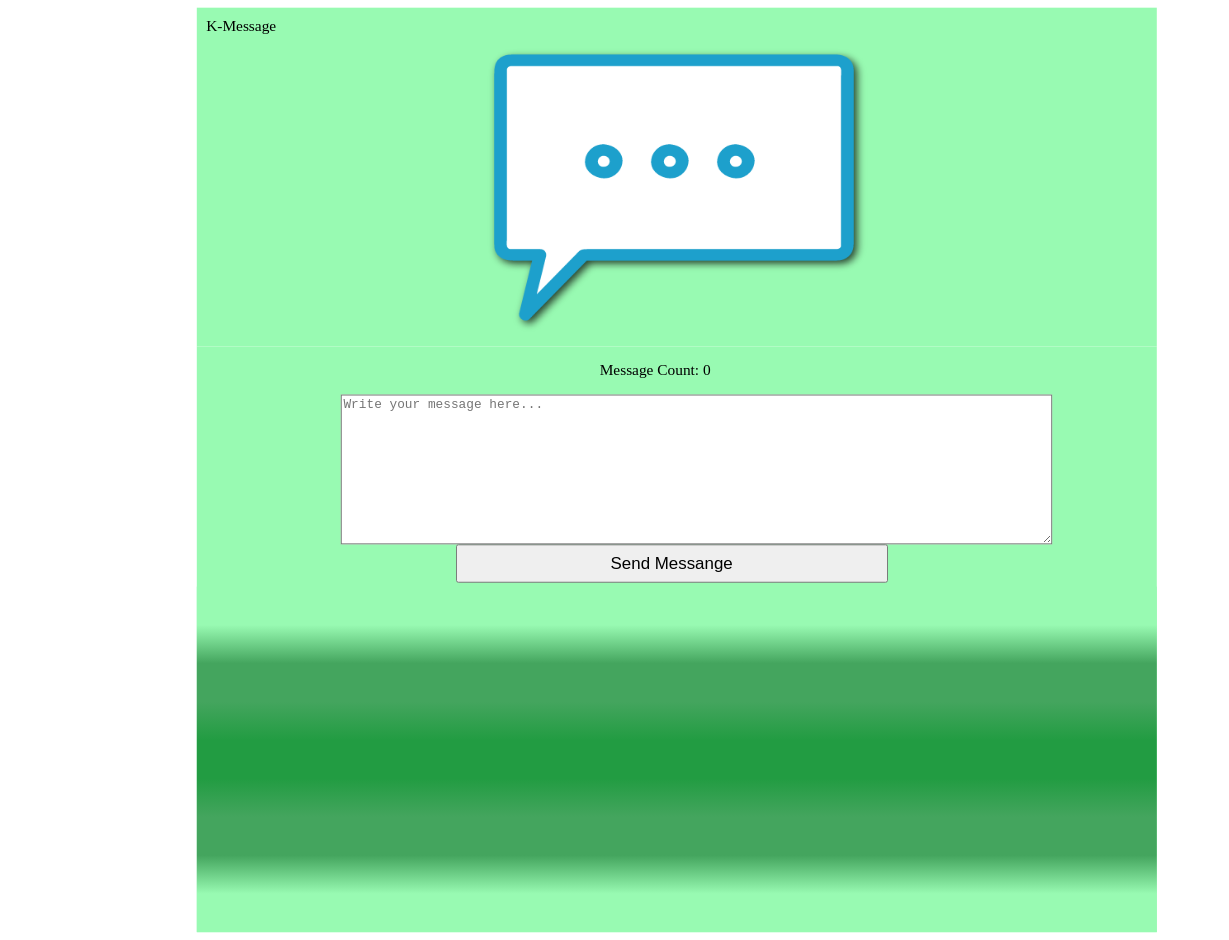
Repository: KevinUd2014/Kn222gn-laborations-Repo-1dv403
Page: 2-labbymezzage/Index.html
The author's editor kept a record of every edit. The page is drawn from the files as they stood at one moment, then again after the next edit.
The browser window is 1280 px wide. The pictures show the whole page, at 96% of full size.

Above is the page before.

After the next edit:
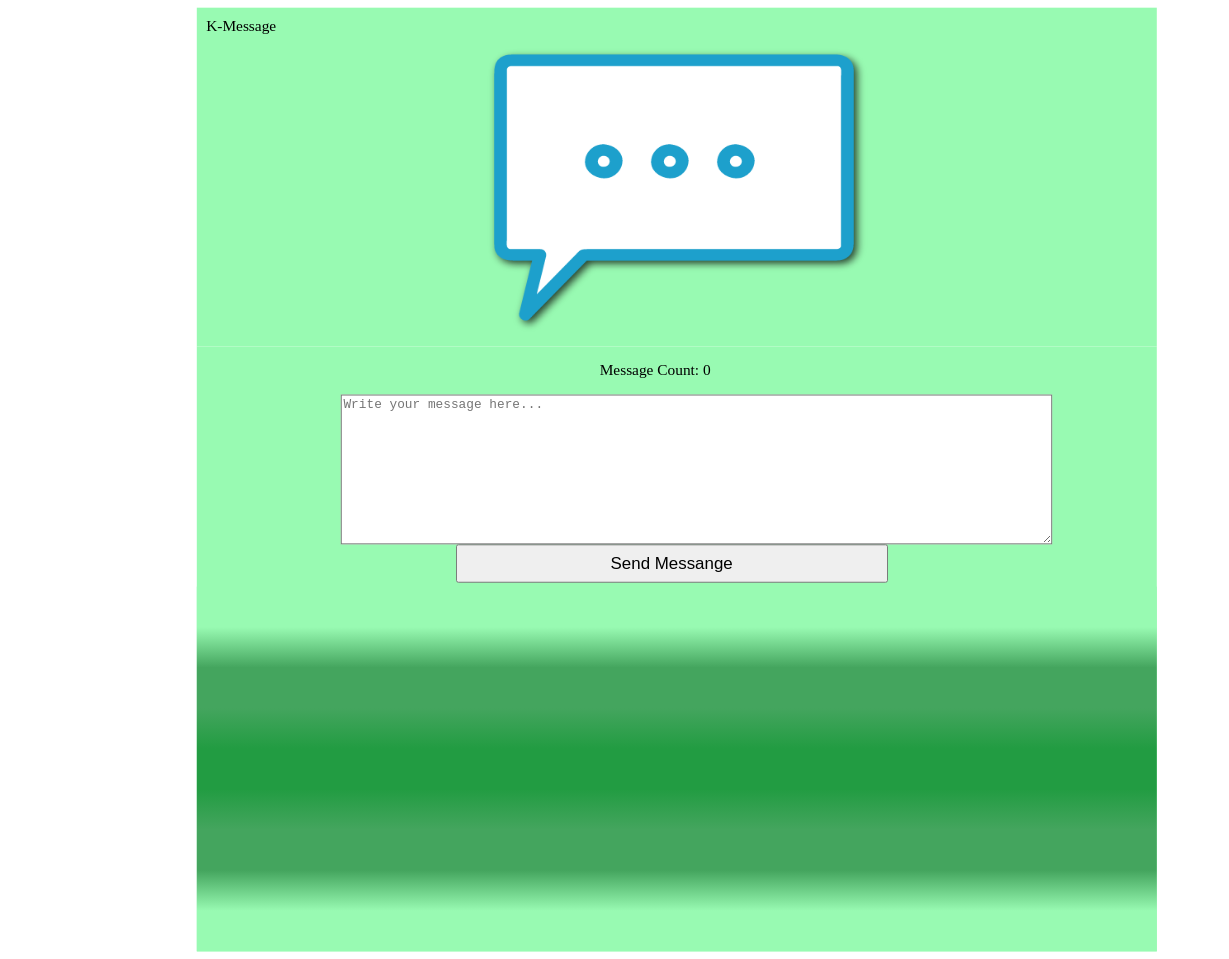
The edit:
--- a/2-labbymezzage/CssMessage.css
+++ b/2-labbymezzage/CssMessage.css
@@ -52,9 +52,8 @@
 #messagesSection
 {
     overflow-y:scroll;
-    min-height:200px;
-    height:360px;
-    border: 5px #98FAB2;
+    min-height:380px;
+    height:380px;
     background:linear-gradient(#98FAB2,#98FAB2,#44A55E,#44A55E, #229C42,#229C42,#44A55E, #44A55E,#98FAB2, #98FAB2);
 }
 #messagesSection p
